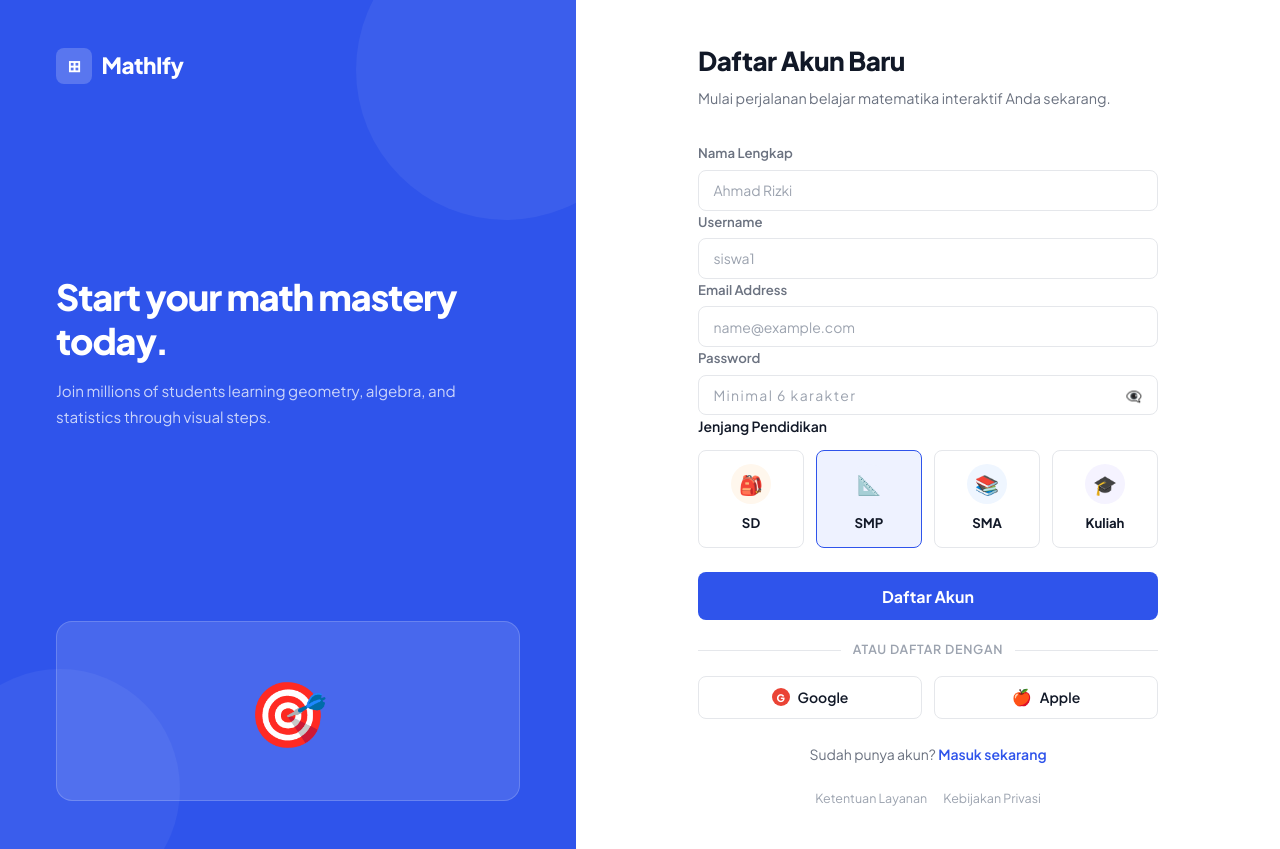
Repository: AdityaRevangga/Mathify
Page: /register (app in frontend/)
These files come from the project's save history. The page is drawn as it stood at one moment and after a run of saves; the edit follows.
The browser window is 1280 px wide. The pictures show the whole page.
The page's requests for data from a server got no answer. The project was rebuilt for these pictures with package versions that can differ from the ones it lists, and the page was loaded fresh each time. No one was signed in, and anything a server would have sent is missing. Also part of the build but not shown: frontend/vite.config.js, frontend/src/index.css, frontend/src/pages/LandingPage.jsx, frontend/src/router/ProtectedRoute.jsx, frontend/src/components/Sidebar.jsx, frontend/src/components/Topbar.jsx, frontend/src/layouts/DashboardLayout.jsx, frontend/src/layouts/MateriLayout.jsx and 11 more.

Above is the page before, as saved 2026-06-02 23:09:06.

After the next 5 saves:
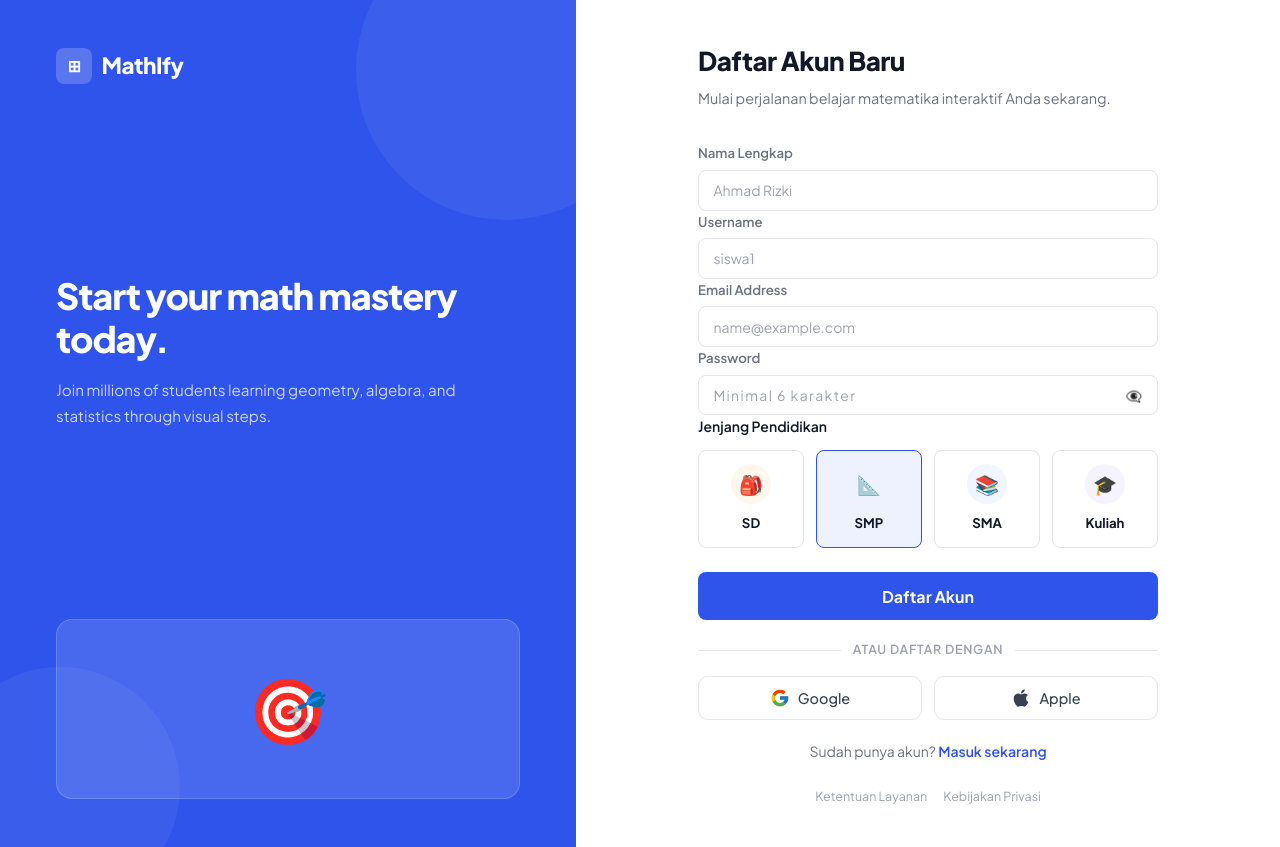
The 5 saves are shown as one change because 4 did not build or start.
The last was saved 2 min 32 s later.
--- a/frontend/src/pages/RegisterPage.jsx
+++ b/frontend/src/pages/RegisterPage.jsx
@@ -15,8 +15,53 @@
   const [jenjang, setJenjang] = useState('smp');
   const [showPassword, setShowPassword] = useState(false);
   const [error, setError] = useState('');
-  const { register } = useAuth();
   const navigate = useNavigate();
+
+  const { register, setUser } = useAuth();
+
+  const googleLogin = useGoogleLogin({
+    onSuccess: async (tokenResponse) => {
+      try {
+        setError('');
+
+        const googleUser = await fetch(
+          'https://www.googleapis.com/oauth2/v3/userinfo',
+          {
+            headers: {
+              Authorization: `Bearer ${tokenResponse.access_token}`,
+            },
+          }
+        ).then((res) => res.json());
+
+        const response = await fetch(
+          `${import.meta.env.VITE_API_URL}/api/auth/google`,
+          {
+            method: 'POST',
+            headers: { 'Content-Type': 'application/json' },
+            body: JSON.stringify({
+              email: googleUser.email,
+              name: googleUser.name,
+              avatar_url: googleUser.picture,
+            }),
+          }
+        );
+
+        const data = await response.json();
+
+        if (!response.ok) {
+          throw new Error(data.message || 'Daftar Google gagal');
+        }
+
+        localStorage.setItem('accessToken', data.data.accessToken);
+        localStorage.setItem('refreshToken', data.data.refreshToken);
+        setUser(data.data.user);
+        navigate('/');
+      } catch (error) {
+        setError(error.message || 'Daftar Google gagal');
+      }
+    },
+    onError: () => setError('Daftar Google gagal'),
+  });
 
   const handleSubmit = async (e) => {
     e.preventDefault();
@@ -206,17 +251,49 @@
 
           <div className="divider">atau daftar dengan</div>
 
-          <div className="social-btns">
-            <button className="btn-social" onClick={() => alert('Google registration coming soon!')}>
-              <span className="google-icon">G</span>
-              Google
-            </button>
-            <button className="btn-social" onClick={() => alert('Apple registration coming soon!')}>
-              <span className="apple-icon">🍎</span>
-              Apple
-            </button>
-          </div>
-
+          <div style={{ display: 'grid', gridTemplateColumns: '1fr 1fr', gap: '12px', marginBottom: '1.25rem' }}>
+          <button
+            onClick={() => googleLogin()}
+            style={{
+              display: 'flex',
+              alignItems: 'center',
+              justifyContent: 'center',
+              gap: '8px',
+              height: '44px',
+              border: '1px solid #E5E7EB',
+              borderRadius: '10px',
+              background: 'white',
+              fontSize: '0.9rem',
+              fontWeight: 500,
+              color: '#374151',
+              cursor: 'pointer',
+            }}
+          >
+            <FcGoogle size={20} />
+            Google
+          </button>
+
+          <button
+            onClick={() => {}}
+            style={{
+              display: 'flex',
+              alignItems: 'center',
+              justifyContent: 'center',
+              gap: '8px',
+              height: '44px',
+              border: '1px solid #E5E7EB',
+              borderRadius: '10px',
+              background: 'white',
+              fontSize: '0.9rem',
+              fontWeight: 500,
+              color: '#374151',
+              cursor: 'pointer',
+            }}
+          >
+            <FaApple size={20} />
+            Apple
+          </button>
+        </div>
           <div className="form-footer">
             Sudah punya akun? <Link to="/login">Masuk sekarang</Link>
           </div>
